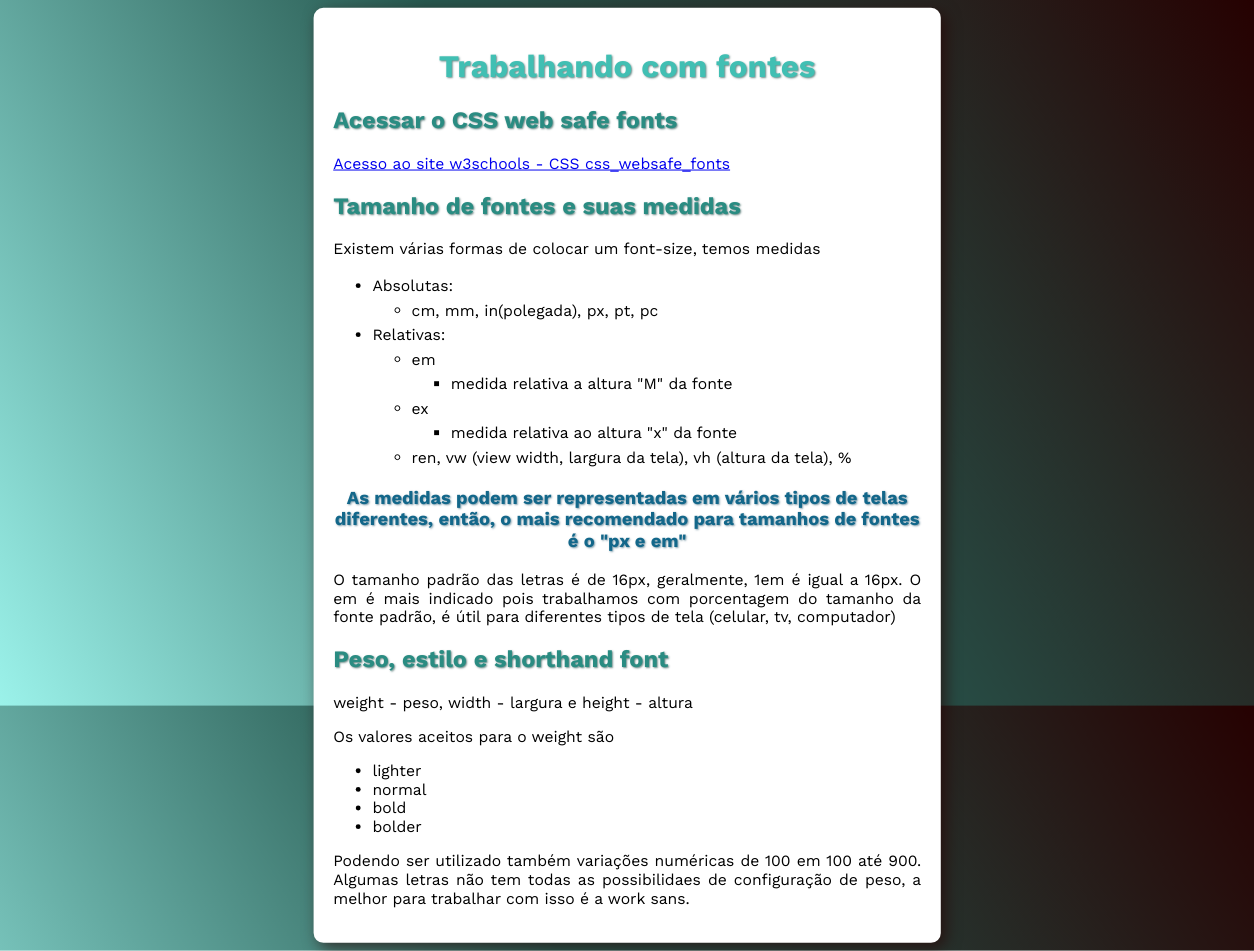
Repository: Willcmorais/vscode-workspace
Page: html-css/curso-em-video/modulo02/estudos/ex022-trab-fontes/fontes.html
The author's editor kept a copy of each file at every save. The page is drawn from the files as they stood at one save, then again after the next save.
The browser window is 1280 px wide. The pictures show the whole page, at 98% of full size.
Backgrounds fixed to the window are drawn as part of the page.

Above is the page before, as saved 2024-09-18 21:06:17.

### html-css/curso-em-video/modulo02/estudos/ex022-trab-fontes/fontes.html
<!DOCTYPE html>
<html lang="pt-br">

<head>
    <meta charset="UTF-8">
    <meta name="viewport" content="width=device-width, initial-scale=1.0">
    <link rel="stylesheet" href="style.css">
    <title>Fontes em CSS</title>
    <style>
        @import url('https://fonts.googleapis.com/css2?family=Work+Sans:ital,wght@0,100;0,200;0,300;0,400;0,500;0,600;0,700;0,800;0,900;1,100;1,200;1,300;1,400;1,500;1,600;1,700;1,800;1,900&display=swap');

        body {
            font-size: 1em;
            font-weight: 400;
        }

        div {
            /*distancia entre linhas*/
            line-height: 25px;
        }
    </style>

</head>

<body>

</body>
<main>
    <h1>Trabalhando com fontes</h1>
    <h2>Acessar o CSS web safe fonts</h2>
    <a target="_blank" rel="content" href="https://www.w3schools.com/csSref/css_websafe_fonts.php">Acesso ao site
        w3schools - CSS css_websafe_fonts</a>
    <h2>Tamanho de fontes e suas medidas</h2>
    <p>Existem várias formas de colocar um font-size, temos medidas</p>
    <div class="list1">
        <ul>
            <li>Absolutas:</li>
            <ul>
                <li>cm, mm, in(polegada), px, pt, pc</li>
            </ul>
            <li>Relativas:</li>
            <ul>
                <li>em <ul>
                        <li>medida relativa a altura "M" da fonte</li>
                    </ul>
                </li>
                <li>ex <ul>
                        <li>medida relativa ao altura "x" da fonte</li>
                    </ul>
                </li>
            </ul>
            <ul>
                <li>ren, vw (view width, largura da tela), vh (altura da tela), %</li>
            </ul>
        </ul>
    </div>
    <h3>As medidas podem ser representadas em vários tipos de telas diferentes, então, o mais recomendado para tamanhos
        de fontes é o "px e em"</h3>
    <p>O tamanho padrão das letras é de 16px, geralmente, 1em é igual a 16px. O em é mais indicado pois trabalhamos com
        porcentagem do tamanho da fonte padrão, é útil para diferentes tipos de tela (celular, tv, computador)</p>
    <h2>Peso, estilo e shorthand font</h2>
    <p>weight - peso, width - largura e height - altura</p>
    <p>Os valores aceitos para o weight são</p>
    <ul>
        <li>lighter</li>
        <li>normal</li>
        <li>bold</li>
        <li>bolder</li>
    </ul>
    <p>Podendo ser utilizado também variações numéricas de 100 em 100 até 900. Algumas letras não tem todas as
        possibilidaes de configuração de peso, a melhor para trabalhar com isso é a work sans.</p>

</main>

</html>

### html-css/curso-em-video/modulo02/estudos/ex022-trab-fontes/style.css
@charset "utf8";

* {
    /*safe combination, ele usa a primeira letra q achar*/
    font-family: 'Work Sans';
}

body {
    background-image: linear-gradient(-120deg, #260101,#275950, #9BF2EA);
    background-attachment: fixed;
}

img {
    /* As imagens são inline por padrão, então precisamos torná-las block */
    display: block;
    /* Centraliza horizontalmente */
    margin: 0 auto;
}

main {
    background-color: white;
    /*arredonda as bordas*/
    border-radius: 10px;
    /*1 parametro é o lado da sombra, 2 é para baixo, 3 é o quanto espalha e 4 o quanto de transparência tem(ou cor)*/
    box-shadow: 5px 5px 15px rgba(38, 1, 1, 0.619);
    /*largura do recorte*/
    width: 600px;
    /*distancia das bordas com o conteúdo*/
    padding: 20px;
    /*altera automaticamente a margem para o centro da tela*/
    margin: auto;
}

h1 {
    text-align: center;
    color: #41BFB3;
    /*mesmos parametros para o box-shadow*/
    text-shadow: 1px 1px 2px rgba(28, 80, 75, 0.644);
}

h2 {
    color: #2A8C82;
    text-shadow: 1px 1px 2px #154641a1;
}

h3 {
    text-align: center;
    color: #13678A;
    text-shadow: 1px 1px 2px #0d455d83;
}

p {
    text-align: justify;
}

After the next save:
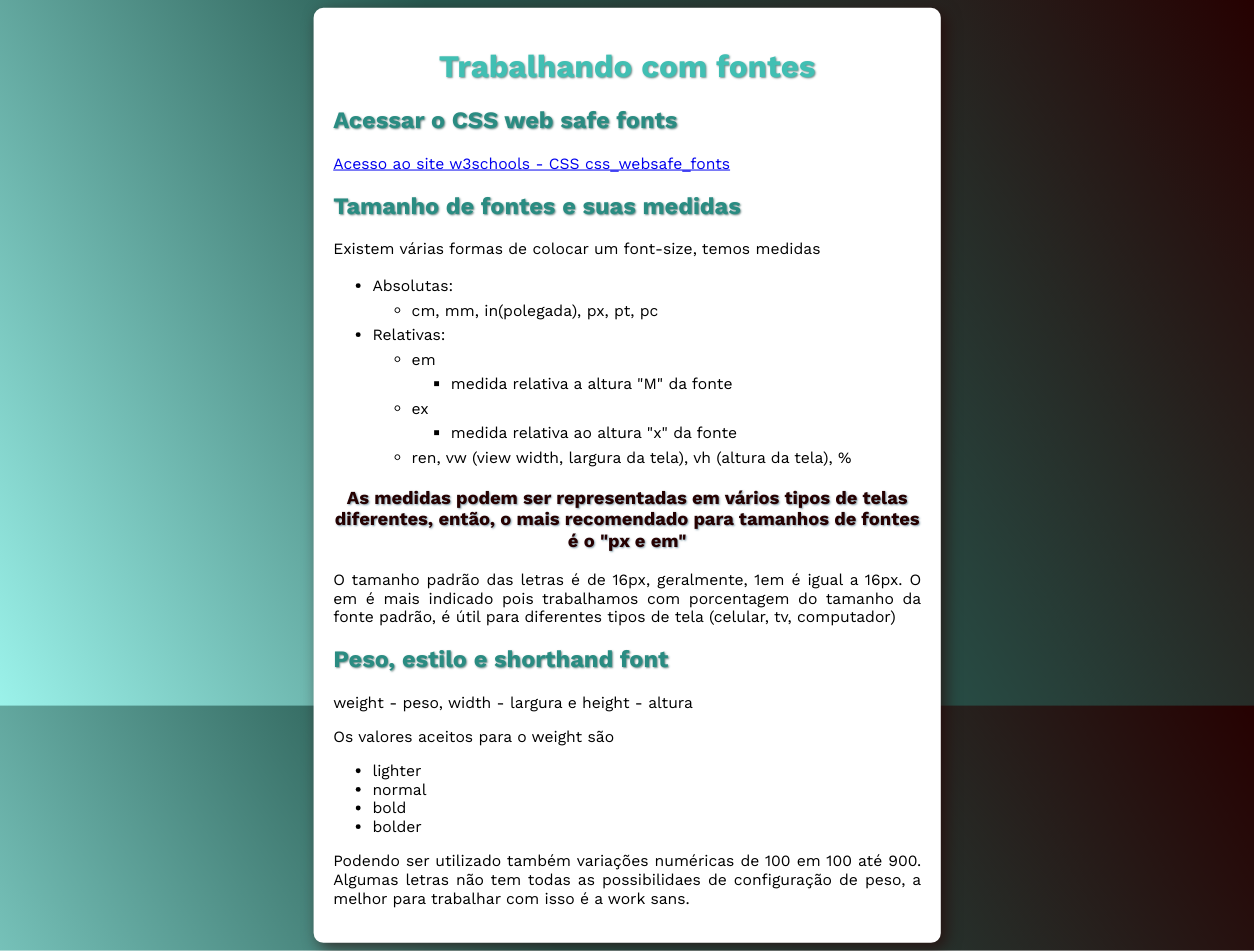
Saved 26 s later.
--- a/html-css/curso-em-video/modulo02/estudos/ex022-trab-fontes/style.css
+++ b/html-css/curso-em-video/modulo02/estudos/ex022-trab-fontes/style.css
@@ -45,7 +45,7 @@ h2 {
 
 h3 {
     text-align: center;
-    color: #13678A;
+    color: #260101;
     text-shadow: 1px 1px 2px #0d455d83;
 }
 
